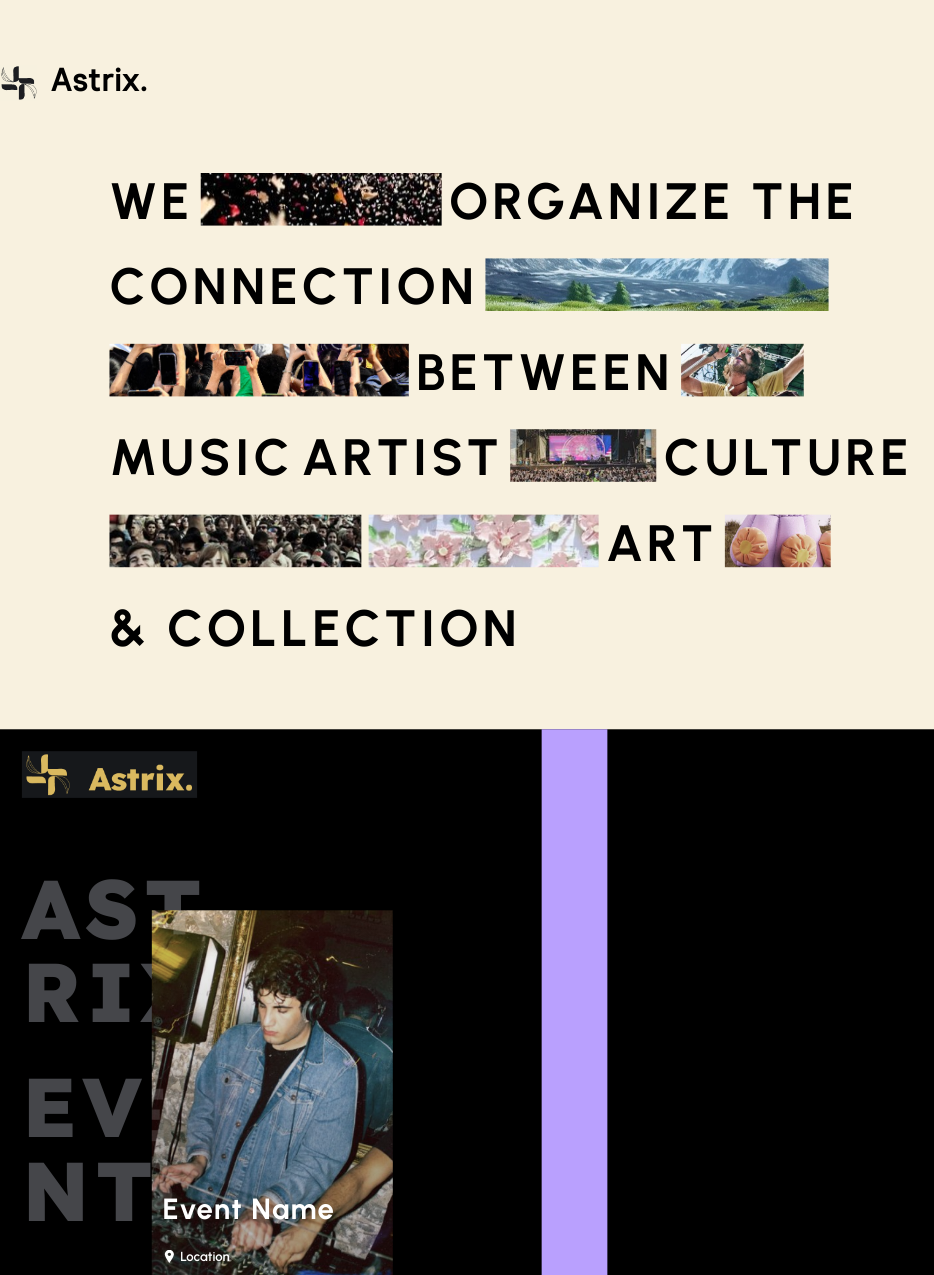
Repository: sharma171/astrix
Page: /
The author's editor kept a copy of each file at every save. The page is drawn from the files as they stood at one save, then again after the next save.
The browser window is 1280 px wide. The pictures show the whole page, at 73% of full size.
The project was rebuilt for these pictures with package versions that can differ from the ones it lists, and the page was loaded fresh each time.

Above is the page before, as saved 2024-05-20 14:47:02.

After the next save:
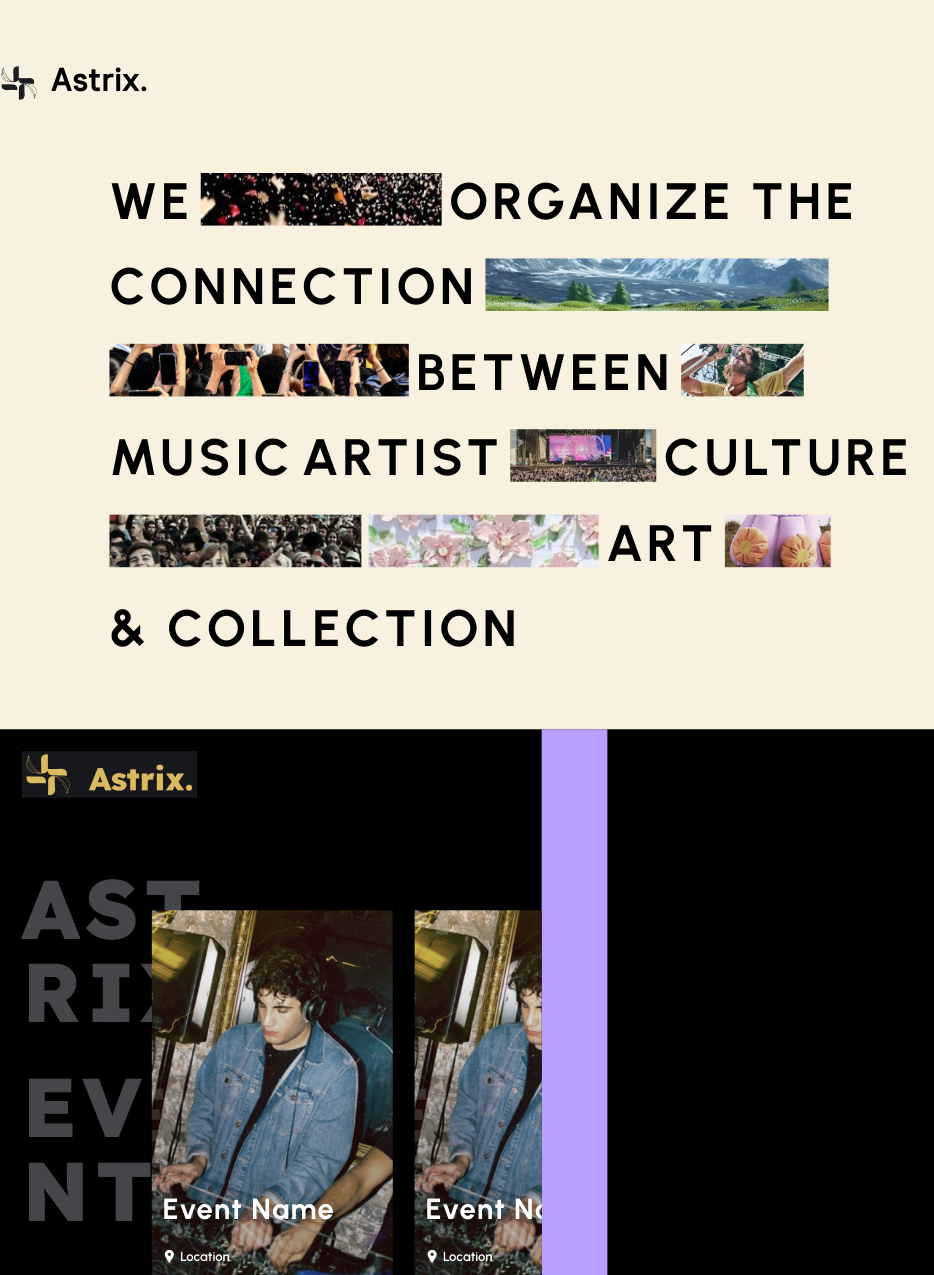
Saved 25 s later.
--- a/src/component/homesection.js
+++ b/src/component/homesection.js
@@ -30,6 +30,36 @@
                                                 </div>
                                             </div>
                                         </div>
+                                        <div className="car-item">
+                                            <img src={CarImage1} alt="carousel" className="carimg" />
+                                            <div className="overlay col-flex">
+                                                <h3 className="eventname">Event Name</h3>
+                                                <div className="location row-flex">
+                                                    <img src={LocationIcon} alt="" className="icon" />
+                                                    <span>Location</span>
+                                                </div>
+                                            </div>
+                                        </div>
+                                        <div className="car-item">
+                                            <img src={CarImage1} alt="carousel" className="carimg" />
+                                            <div className="overlay col-flex">
+                                                <h3 className="eventname">Event Name</h3>
+                                                <div className="location row-flex">
+                                                    <img src={LocationIcon} alt="" className="icon" />
+                                                    <span>Location</span>
+                                                </div>
+                                            </div>
+                                        </div>
+                                        <div className="car-item">
+                                            <img src={CarImage1} alt="carousel" className="carimg" />
+                                            <div className="overlay col-flex">
+                                                <h3 className="eventname">Event Name</h3>
+                                                <div className="location row-flex">
+                                                    <img src={LocationIcon} alt="" className="icon" />
+                                                    <span>Location</span>
+                                                </div>
+                                            </div>
+                                        </div>
                                     </div>
                                 </div>
                             </div>
